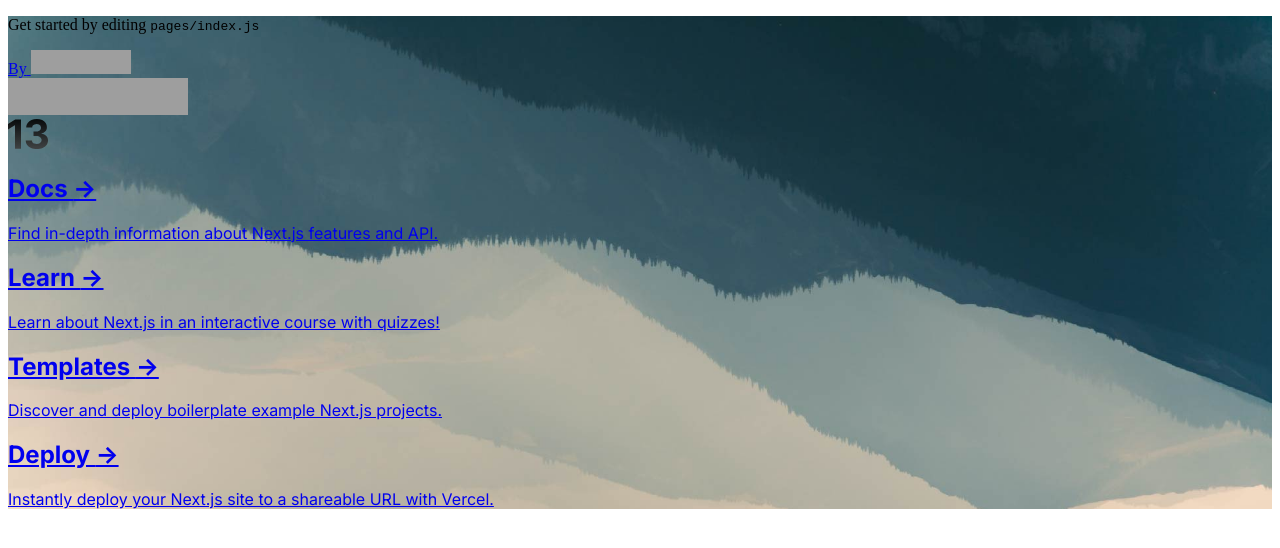
Repository: sierralaurent/MDIA2109-Assignment01
Page: /home
These files come from the project's save history. The page is drawn as it stood at one moment and after a run of saves; the edit follows.
The browser window is 1280 px wide. The pictures show the whole page.
Pictures or frames that could not be fetched are drawn as grey boxes. The project was rebuilt for these pictures with package versions that can differ from the ones it lists, and the page was loaded fresh each time. The framework's server and built-in components were replaced by stand-ins that run in the browser. Also part of the build but not shown: next.config.js.

Above is the page before, as saved 2023-01-31 16:26:08.

After the next 3 saves:
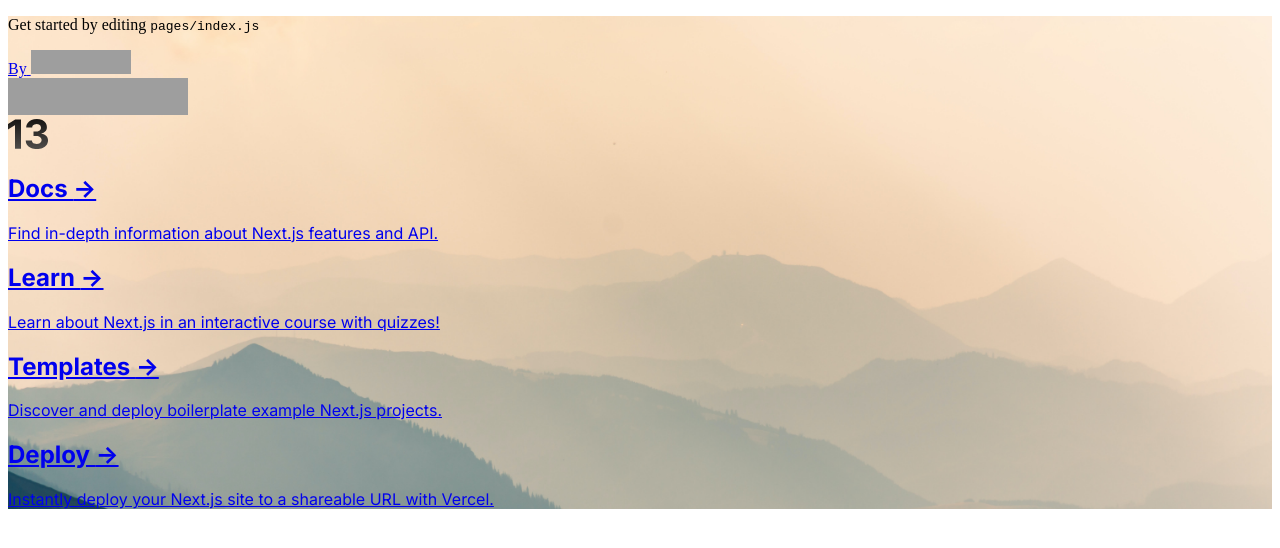
The 3 saves are shown as one change because 2 did not build or start.
The last was saved 2 min 12 s later.
--- a/styles/Home.module.css
+++ b/styles/Home.module.css
@@ -8,6 +8,6 @@
   margin: 40px 0px;
 }
 .main {
-  background-image: url("/background-images/backgroundMountainUpsideDown.jpg");
+  background-image: url("background-images/backgroundMountain.jpg");
   background-size: cover;
 }
